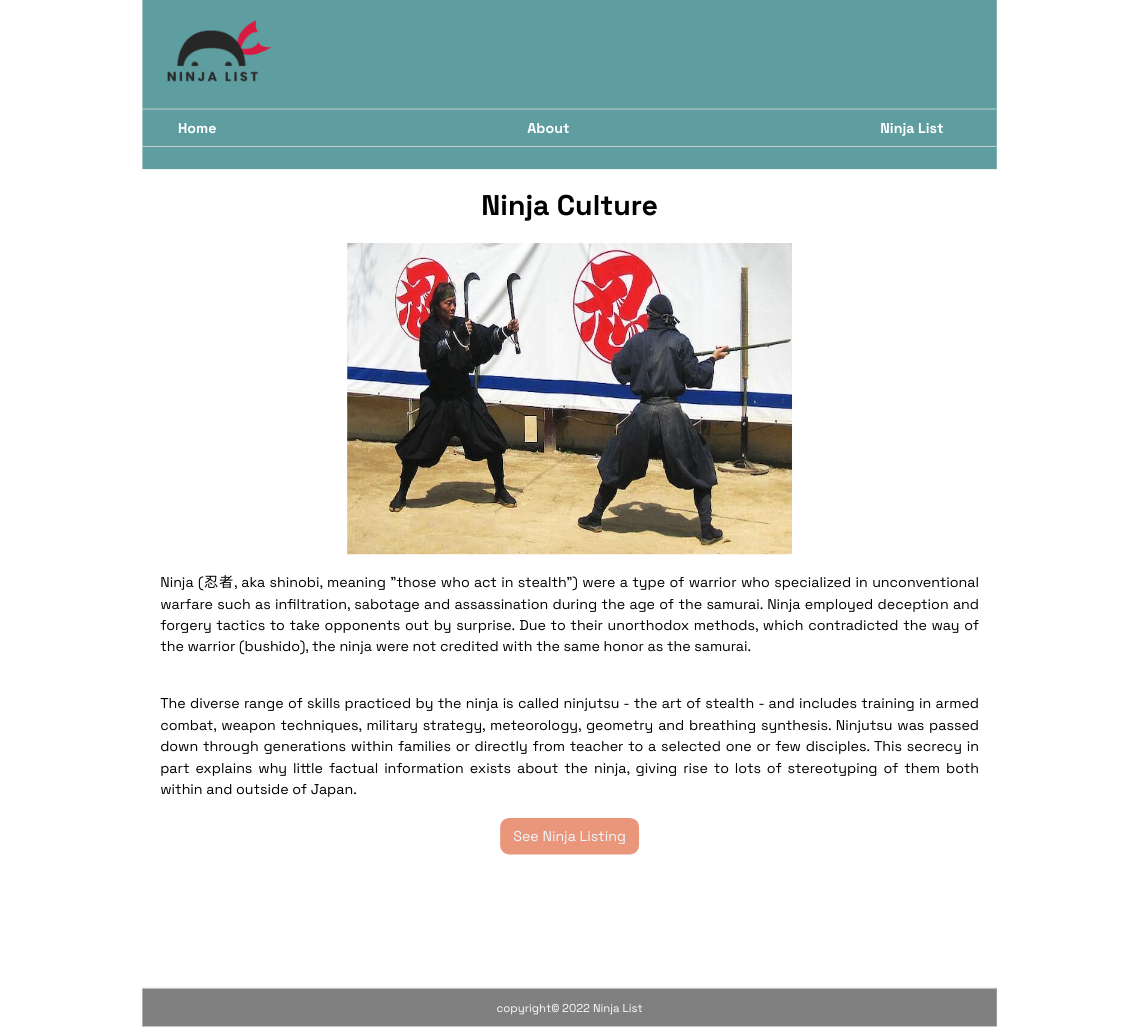
Repository: SaadYasin/ninja-list-next-training
Page: /
The author's editor kept a copy of each file at every save. The page is drawn from the files as they stood at one save, then again after the next save.
The browser window is 1280 px wide. The pictures show the whole page, at 89% of full size.
The project was rebuilt for these pictures with package versions that can differ from the ones it lists, and the page was loaded fresh each time. The framework's server and built-in components were replaced by stand-ins that run in the browser. Also part of the build but not shown: next.config.js.

Above is the page before, as saved 2022-10-15 23:46:20.

### pages/index.js
import Head from 'next/head'
import Image from 'next/image'
import Link from 'next/link';
import styles from '../styles/Home.module.css'

export default function Home() {
  return (
    <div className={styles.mainContainer}>
      <Head>
        <title>NINJA List | Home</title>
        <meta property="og:title" content="Ninja list" key="ninja list" />
      </Head>

      <h1 className={styles.heading}>Ninja Culture</h1>

      <div className={styles.image}>
        <Image src="/ninja01.jpg" width={500} height={350} alt=""></Image>
      </div>

      <p className={styles.textBody}>
        Ninja (忍者, aka shinobi, meaning &quot;those who act in stealth&quot;)
        were a type of warrior who specialized in unconventional warfare such as
        infiltration, sabotage and assassination during the age of the samurai.
        Ninja employed deception and forgery tactics to take opponents out by
        surprise. Due to their unorthodox methods, which contradicted the way of
        the warrior (bushido), the ninja were not credited with the same honor
        as the samurai.
      </p>
      <p className={styles.textBody}>
        The diverse range of skills practiced by the ninja is called ninjutsu -
        the art of stealth - and includes training in armed combat, weapon
        techniques, military strategy, meteorology, geometry and breathing
        synthesis. Ninjutsu was passed down through generations within families
        or directly from teacher to a selected one or few disciples. This
        secrecy in part explains why little factual information exists about the
        ninja, giving rise to lots of stereotyping of them both within and
        outside of Japan.
      </p>
      <Link href="/ninjas">
        <a className={styles.btn}>See Ninja Listing</a>
      </Link>
    </div>
  );
}

### components/Layout.js
import Footer from "./Footer"
import Navbar from "./Navbar"

const Layout = ({ children }) => {
  return (
    <div className="container">
      <Navbar />
      {children}
      <Footer />
    </div>
  );
};

export default Layout;

### styles/globals.css
@import url('https://fonts.googleapis.com/css2?family=Space+Grotesk:wght@300;400;500;600;700&display=swap');

* {
  box-sizing: border-box;
}

html,
body {
  padding: 0;
  margin: 0;
  font-family: 'Space Grotesk', sans-serif;
}

.container {
  max-width: 960px;
  margin: 0 auto;

}

/* .footer {
  font-size: 0.8rem;
  text-align: center;
  color: white;
  margin-top: 150px;
  border-top: 1px solid lightgrey;
  border-bottom: 1px solid lightgrey;
  background: gray;
} */

/* .header {
  background: cadetblue;
  height: 190px;
}

.logo {
  padding: 20px;
}

.navbar {
  display: flex;
  justify-content: space-between;
  padding: 10px 40px;
  border-top: 1px solid lightgray;
  border-bottom: 1px solid lightgray;
}

.linkItem {
  font-size: 1rem;
  font-weight: bold;
  margin-right: 20px;
} */

@media (prefers-color-scheme: dark) {
  html {
    color-scheme: dark;
  }
  body {
    color: black;
    background: rgb(173, 190, 222);
  }
}

### styles/Home.module.css
.mainContainer {
  display: flex;
  flex-direction: column;
}

.heading {
  text-align: center;
}

.textBody {
  text-align: justify;
  margin: 20px;
  line-height: 1.5;
}

.image {
display: flex;
justify-content: center;
}

.btn {
  background: darksalmon;
  color: aliceblue;
  padding: 10px 15px;
  text-decoration: none;
  border-radius: 10px;
  margin: 0 auto;
}

### components/Footer.js
import styles from '../styles/Footer.module.css';

const Footer = () => {
  return (
    <footer className={styles.footer}>
      <p>copyright&copy; 2022 Ninja List</p>
    </footer>
  );
};

export default Footer;

### components/Navbar.js
import Image from 'next/image';
import Link from "next/link";
import styles from '../styles/Navbar.module.css';

const Navbar = () => {
  return (
    <nav className={styles.header}>
      <div className={styles.logo}>
        <Image src="/ninja-logo.png" width={128} height={77} alt="" />
      </div>

      <div className={styles.navbar}>
      <Link href="/">
        <a className={styles.linkItem}>Home</a>
      </Link>

      <Link href="/about">
        <a className={styles.linkItem}>About</a>
      </Link>

      <Link href="/ninjas">
        <a className={styles.linkItem}>Ninja List</a>
      </Link>
      </div>

    </nav>
  );
};

export default Navbar;

### styles/Footer.module.css
.footer {
  font-size: 0.8rem;
  text-align: center;
  color: white;
  margin-top: 150px;
  border-top: 1px solid lightgrey;
  border-bottom: 1px solid lightgrey;
  background: gray;
}

### styles/Navbar.module.css
.header {
  background: cadetblue;
  height: 190px;
}

.logo {
  padding: 20px;
}

.navbar {
  display: flex;
  justify-content: space-between;
  padding: 10px 40px;
  border-top: 1px solid lightgray;
  border-bottom: 1px solid lightgray;
}

.linkItem {
  font-size: 1rem;
  color: white;
  font-weight: bold;
  text-decoration: none;
  margin-right: 20px;
}

Loaded but not shown: pages/_app.js (common file)

After the next save:
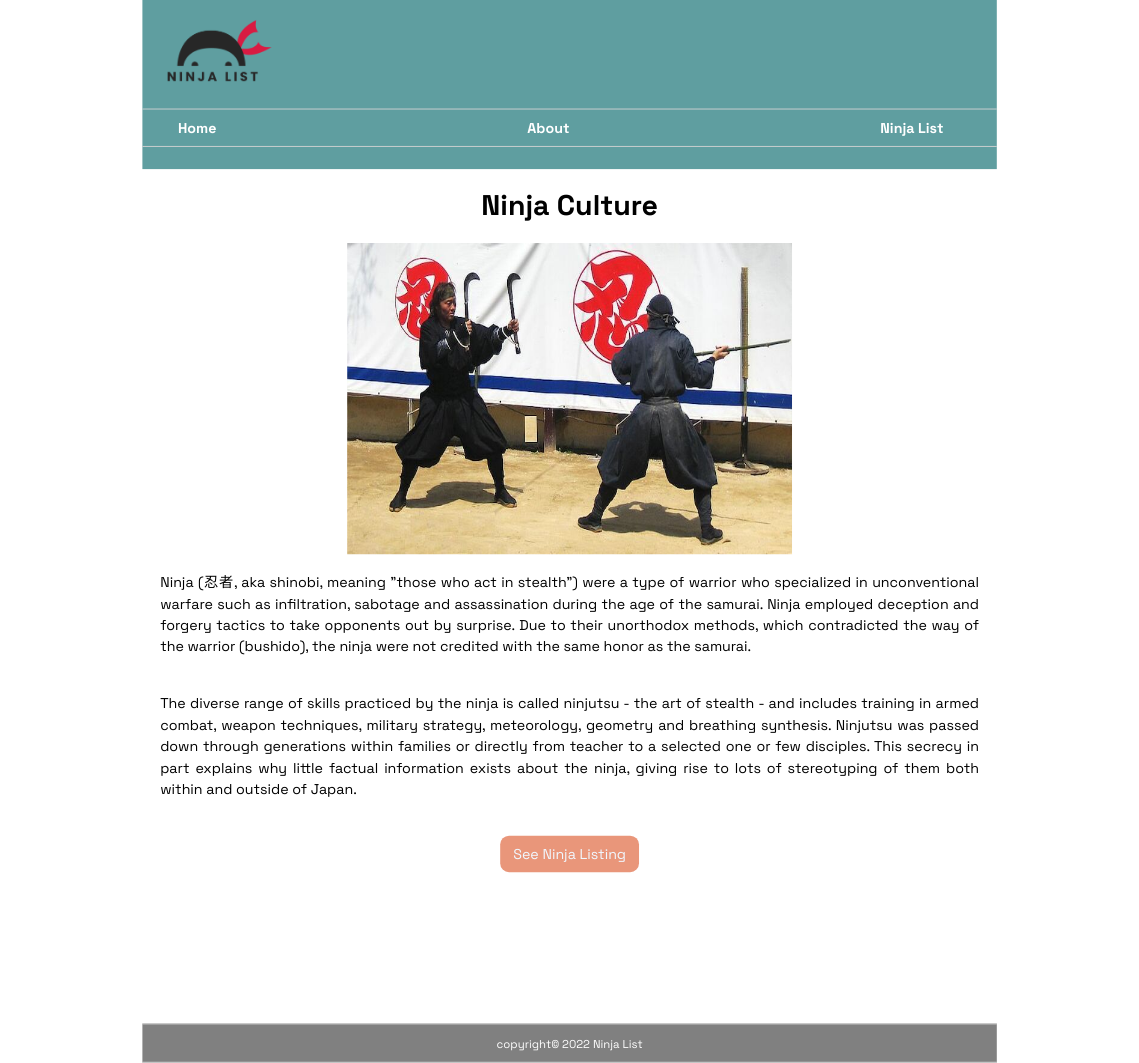
Saved 33 s later.
--- a/styles/Home.module.css
+++ b/styles/Home.module.css
@@ -24,5 +24,5 @@ justify-content: center;
   padding: 10px 15px;
   text-decoration: none;
   border-radius: 10px;
-  margin: 0 auto;
+  margin: 20px auto;
 }
